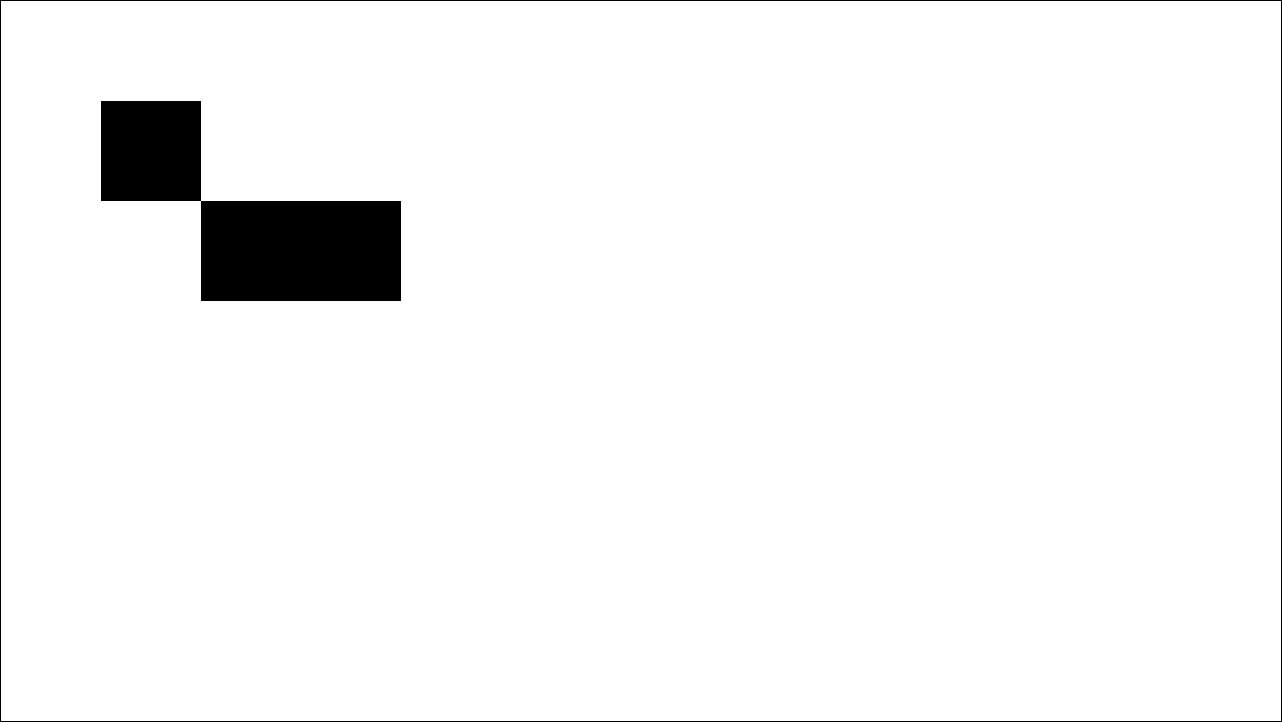
Repository: badhon252/Javascript-practice
Page: 1projects/JavaScript30/08 - Fun with HTML5 Canvas/index-START.html
An editor plug-in stored every save of this project. The page is shown before and after the next save, followed by the edit.
The browser window is 1280 px wide. The page is 1282 px wide, so the pictures cover 1282 px, including what lies to the right of the window. The pictures show the whole page.

Above is the page before, as saved 2022-12-02 23:33:17.

### 1projects/JavaScript30/08 - Fun with HTML5 Canvas/index-START.html
<!DOCTYPE html>
<html lang="en">

<head>
    <meta charset="UTF-8">
    <title>HTML5 Canvas</title>
</head>

<body>
    <canvas id="draw" width="800" height="800"></canvas>
    <script>
    </script>

    <style>
        html,
        body {
            margin: 0;
            padding: 0;
        }

        #draw {
            border: 1px solid black;
        }
    </style>

    <script>
        console.log("first")
        const canvas = document.querySelector("#draw");
        const ctx = canvas.getContext("2d")

        canvas.width = window.innerWidth;
        canvas.height = window.innerHeight;

        // ctx.fillRect(x, y, width, height)
        ctx.fillRect(100, 100, 100, 100);
        ctx.fillRect(200, 200, 100, 100);
        ctx.fillRect(300, 200, 100, 100);
    </script>
</body>

</html>

After the next save:
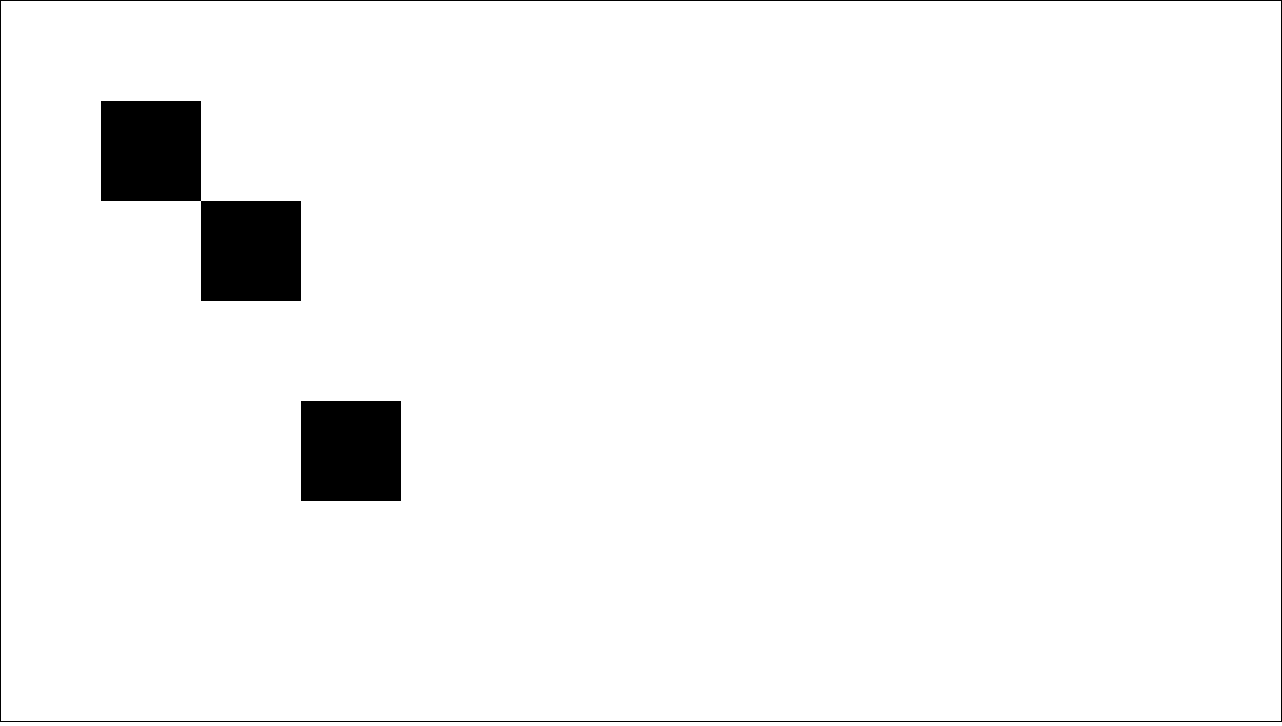
Saved 23 s later.
--- a/1projects/JavaScript30/08 - Fun with HTML5 Canvas/index-START.html
+++ b/1projects/JavaScript30/08 - Fun with HTML5 Canvas/index-START.html
@@ -34,7 +34,7 @@
         // ctx.fillRect(x, y, width, height)
         ctx.fillRect(100, 100, 100, 100);
         ctx.fillRect(200, 200, 100, 100);
-        ctx.fillRect(300, 200, 100, 100);
+        ctx.fillRect(300, 400, 100, 100);
     </script>
 </body>
 

After the save that followed:
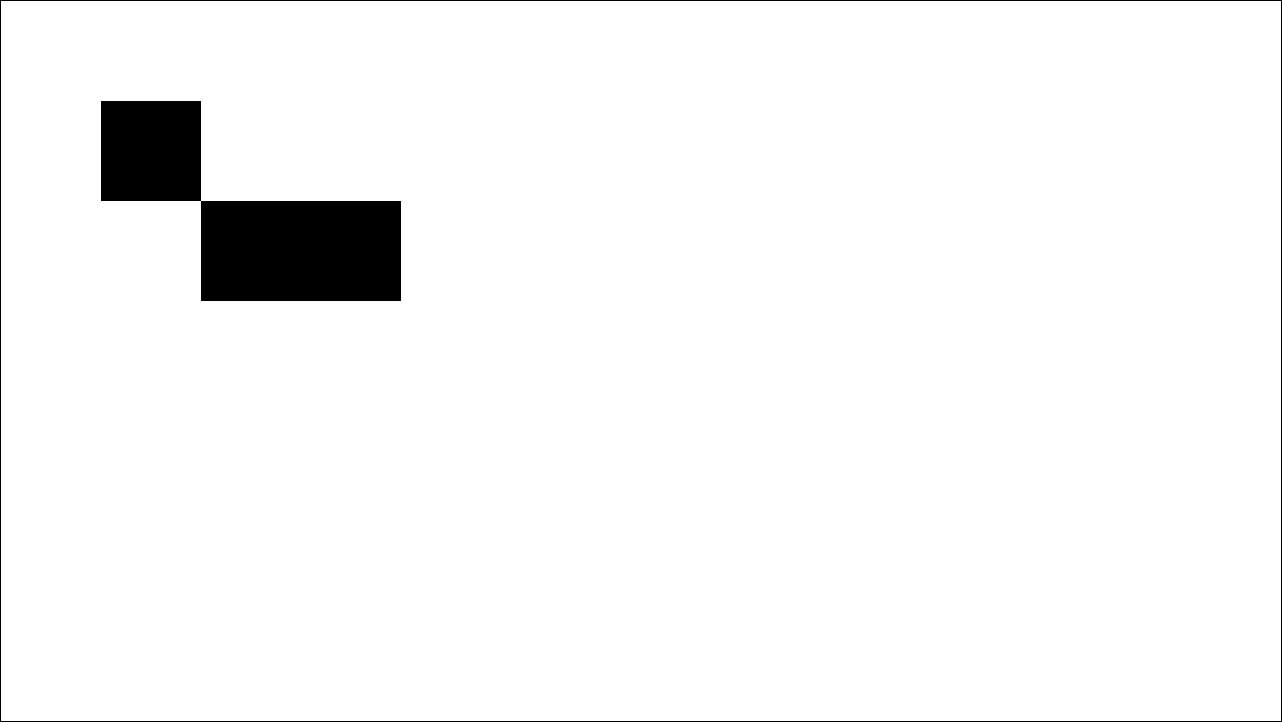
Saved 7 s later.
--- a/1projects/JavaScript30/08 - Fun with HTML5 Canvas/index-START.html
+++ b/1projects/JavaScript30/08 - Fun with HTML5 Canvas/index-START.html
@@ -34,7 +34,7 @@
         // ctx.fillRect(x, y, width, height)
         ctx.fillRect(100, 100, 100, 100);
         ctx.fillRect(200, 200, 100, 100);
-        ctx.fillRect(300, 400, 100, 100);
+        ctx.fillRect(300, 200, 100, 100);
     </script>
 </body>
 
